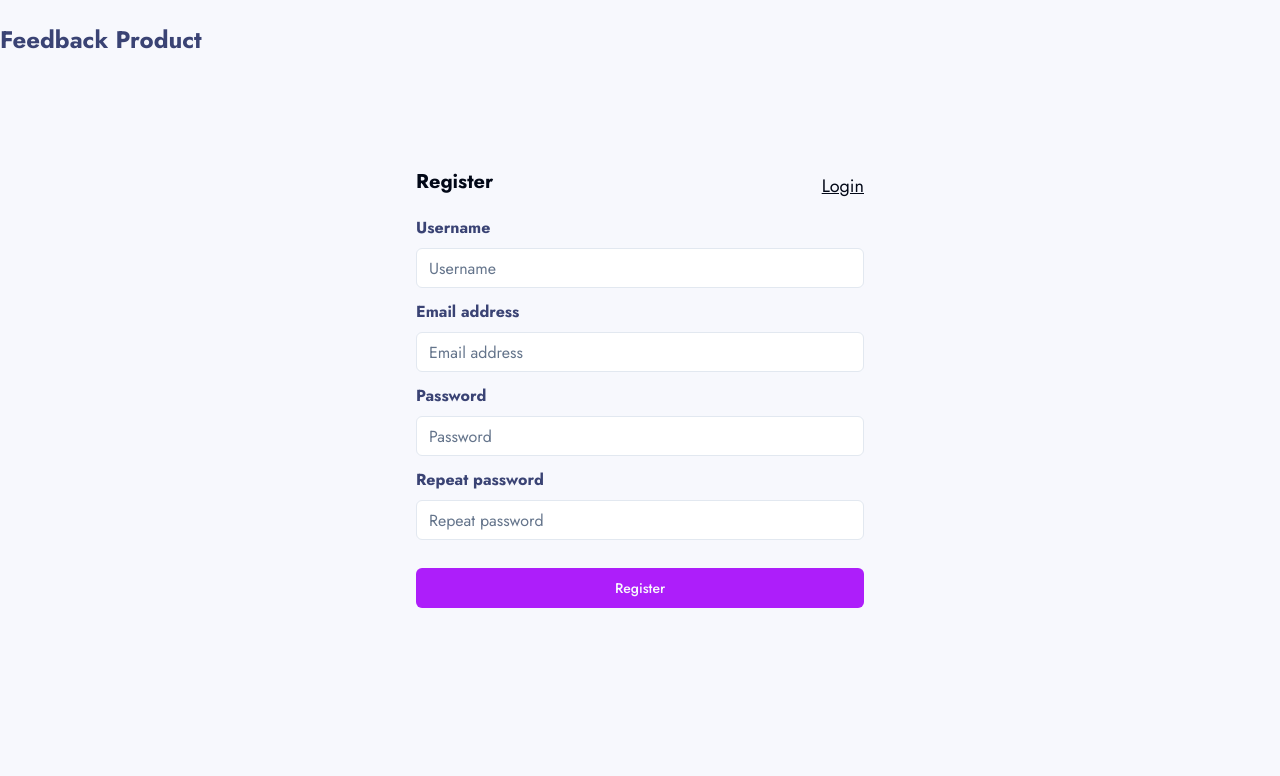
Repository: KornelJanczak/product-feedback-app
Page: /auth
The author's editor kept a copy of each file at every save. The page is drawn from the files as they stood at one save, then again after a run of saves.
The browser window is 1280 px wide. The pictures show the whole page.
The page's requests for data from a server got no answer. The project was rebuilt for these pictures with package versions that can differ from the ones it lists, and the page was loaded fresh each time. The framework's server and built-in components were replaced by stand-ins that run in the browser. No one was signed in, and anything a server would have sent is missing. Also part of the build but not shown: next.config.js, next.config.mjs.

Above is the page before, as saved 2024-01-28 19:53:53.

### app/layout.tsx
import type { Metadata } from "next";
import { Jost } from "next/font/google";
import { Toaster } from "sonner";
import "./globals.css";
import { authOptions } from "@/app/api/auth/[...nextauth]/options";
import { getServerSession } from "next-auth";
import AuthProvider from "@/providers/session-provider";

export const jost = Jost({
  subsets: ["latin"],
});

export const metadata: Metadata = {
  title: "Product Feedback",
  description: "Create your own section!",
};

export default async function RootLayout({
  children,
}: Readonly<{
  children: React.ReactNode;
}>) {
  const session = await getServerSession(authOptions);

  return (
    <html lang="en">
      <body
        className={`${jost.className} bg-darkWhite`}
        suppressHydrationWarning={true}
      >
        <AuthProvider session={session}>
          <Toaster position="top-center" />
          {children}
        </AuthProvider>
      </body>
    </html>
  );
}

### app/(auth)/layout.tsx
import { ReactNode } from "react";

export default function Layout({ children }: { children: ReactNode }) {
  return (
    <>
      <header className="md:container text-2xl font-bold text-secondDark pt-6">
        <h2>Feedback Product</h2>
      </header>
      {children}
    </>
  );
}

### app/(auth)/auth/page.tsx
import FormAuth from "../_components/register-form";

export default function RegisterPage() {
  return <FormAuth />;
}

### app/globals.css
@tailwind base;
@tailwind components;
@tailwind utilities;

* {
  margin: 0;
  padding: 0;
}

@layer base {
  :root {
    --background: 0 0% 100%;
    --foreground: 222.2 84% 4.9%;

    --card: 0 0% 100%;
    --card-foreground: 222.2 84% 4.9%;

    --popover: 0 0% 100%;
    --popover-foreground: 222.2 84% 4.9%;

    --primary: 222.2 47.4% 11.2%;
    --primary-foreground: 210 40% 98%;

    --secondary: 210 40% 96.1%;
    --secondary-foreground: 222.2 47.4% 11.2%;

    --muted: 210 40% 96.1%;
    --muted-foreground: 215.4 16.3% 46.9%;

    --accent: 210 40% 96.1%;
    --accent-foreground: 222.2 47.4% 11.2%;

    --destructive: 0 84.2% 60.2%;
    --destructive-foreground: 210 40% 98%;

    --border: 214.3 31.8% 91.4%;
    --input: 214.3 31.8% 91.4%;
    --ring: 222.2 84% 4.9%;

    --radius: 0.5rem;
  }

  .dark {
    --background: 222.2 84% 4.9%;
    --foreground: 210 40% 98%;

    --card: 222.2 84% 4.9%;
    --card-foreground: 210 40% 98%;

    --popover: 222.2 84% 4.9%;
    --popover-foreground: 210 40% 98%;

    --primary: 210 40% 98%;
    --primary-foreground: 222.2 47.4% 11.2%;

    --secondary: 217.2 32.6% 17.5%;
    --secondary-foreground: 210 40% 98%;

    --muted: 217.2 32.6% 17.5%;
    --muted-foreground: 215 20.2% 65.1%;

    --accent: 217.2 32.6% 17.5%;
    --accent-foreground: 210 40% 98%;

    --destructive: 0 62.8% 30.6%;
    --destructive-foreground: 210 40% 98%;

    --border: 217.2 32.6% 17.5%;
    --input: 217.2 32.6% 17.5%;
    --ring: 212.7 26.8% 83.9%;
  }
}

@layer base {
  * {
    @apply border-border;
  }
  body {
    @apply bg-background text-foreground;
  }
}

### app/api/auth/[...nextauth]/options.ts
import NextAuth, { NextAuthOptions } from "next-auth";
import GithubProvider from "next-auth/providers/github";
import CredentialsProvider from "next-auth/providers/credentials";
import { PrismaAdapter } from "@next-auth/prisma-adapter";
import bcryptjs from "bcryptjs";
import prisma from "@/lib/db";

export const authOptions: NextAuthOptions = {
  adapter: PrismaAdapter(prisma),
  session: {
    strategy: "jwt",
  },
  secret: process.env.NEXTAUTH_SECRET,
  pages: {
    signIn: "/login",
  },
  providers: [
    GithubProvider({
      clientId: process.env.GITHUB_ID as string,
      clientSecret: process.env.GITHUB_SECRET as string,
    }),
    CredentialsProvider({
      name: "credentials",
      credentials: {},
      async authorize(credentials) {
        try {
          const { email, password } = credentials as {
            email: string;
            password: string;
          };

          console.log(email, password);
          const user = await prisma?.user.findFirst({
            where: {
              email,
            },
          });

          if (!user) return null;

          const passwordMatch = await bcryptjs.compare(
            password,
            user.password as string
          );

          if (!passwordMatch) return null;

          return user;
        } catch {
          return null;
        }
      },
    }),
  ],
  callbacks: {
    async signIn({ user, account }) {
      if (account?.provider == "credentials") return user;

      if (account?.provider === "github") {
        try {
          const existingUser = await prisma.user.findFirst({
            where: {
              email: user.email as string,
            },
          });

          if (existingUser) return existingUser;

          const newUser = await prisma.user.create({
            data: {
              userName: user.name!,
              email: user.email!,
            },
          });

          return newUser as any;
        } catch {
          return false;
        }
      }
    },
    async jwt({ token }) {
      const dbUser = await prisma.user.findFirst({
        where: {
          email: token.email as string,
        },
      });

      if (!dbUser) return token;

      return {
        id: dbUser.id,
        email: dbUser.email,
        name: dbUser.userName,
      };
    },

    async session({ token, session }) {
      if (token) {
        return {
          ...session,
          user: {
            email: token.email,
            name: token.name,
            id: token.id,
          },
        };
      }
      return session;
    },
    async redirect({ url, baseUrl }) {
      // if (url.startsWith("/")) return `${baseUrl}`;
      // // Allows callback URLs on the same origin
      // else if (new URL(url).origin === baseUrl) return baseUrl;
      // return baseUrl;
      return "/";
    },
  },
};

export default NextAuth(authOptions);

### providers/session-provider.tsx
"use client";
import { SessionProvider } from "next-auth/react";
import { ReactNode } from "react";
export default function AuthProvider({
  children,
  session,
}: {
  children: ReactNode;
  session: any;
}) {
  return <SessionProvider session={session}>{children}</SessionProvider>;
}

### app/(auth)/_components/register-form.tsx
"use client";
import createUser from "@/server-actions/create-user";
import { registerFormSchema } from "@/models/@auth-schema";
import { zodResolver } from "@hookform/resolvers/zod";
import { useForm, SubmitHandler } from "react-hook-form";
import SubmitBtn from "./submit-btn";
import {
  Form,
  FormControl,
  FormField,
  FormItem,
  FormLabel,
  FormMessage,
} from "@/components/ui/form";
import { Input } from "@/components/ui/input";
import * as z from "zod";
import { useRouter } from "next/navigation";
import { toast } from "sonner";
import { useState } from "react";

type Inputs = z.infer<typeof registerFormSchema>;

export default function RegisterForm() {
  const router = useRouter();
  const [pending, setPending] = useState<boolean>(false);

  const form = useForm<z.infer<typeof registerFormSchema>>({
    resolver: zodResolver(registerFormSchema),
    resetOptions: {
      keepTouched: true,
    },
    defaultValues: {
      username: "",
      email: "",
      password: "",
      repeatPassword: "",
    },
  });

  const processForm: SubmitHandler<Inputs> = async (data) => {
    setPending(true);
    try {
      const user = await createUser(data);
      if (!user) toast.error("Something went wrong");
      toast.success("Your account has been registered!");
      router.push("/login");
    } catch {
      toast.error("Something went wrong");
    } finally {
      form.reset();
      setPending(false);
    }
  };

  return (
    <section className="container h-screen flex items-center justify-center pb-14 ">
      <Form {...form}>
        <form
          className="max-w-md w-full"
          onSubmit={form.handleSubmit(processForm)}
        >
          <div className="flex justify-between items-center">
            <h3 className="font-bold text-xl pb-2">Register</h3>
            <span
              className="text-lg cursor-pointer underline hover:transition duration-300"
              onClick={() => router.push("/login")}
            >
              Login
            </span>
          </div>
          <FormField
            control={form.control}
            name="username"
            render={({ field }) => (
              <FormItem className="pt-2 md:pt-3">
                <FormLabel className="md:text-base">Username</FormLabel>
                <FormControl>
                  <Input
                    placeholder="Username"
                    {...field}
                    className="md:text-base"
                    type="text"
                    required
                  />
                </FormControl>
                <FormMessage className="md:text-base" />
              </FormItem>
            )}
          />
          <FormField
            control={form.control}
            name="email"
            render={({ field }) => (
              <FormItem className="pt-2 md:pt-3">
                <FormLabel className="md:text-base">Email address</FormLabel>
                <FormControl>
                  <Input
                    placeholder="Email address"
                    {...field}
                    className="md:text-base"
                    type="email"
                    required
                  />
                </FormControl>
                <FormMessage className="md:text-base" />
              </FormItem>
            )}
          />
          <FormField
            control={form.control}
            name="password"
            render={({ field }) => (
              <FormItem className="pt-2 md:pt-3">
                <FormLabel className="md:text-base">Password</FormLabel>
                <FormControl>
                  <Input
                    placeholder="Password"
                    {...field}
                    className="md:text-base"
                    type="password"
                    required
                  />
                </FormControl>
                <FormMessage className="md:text-base" />
              </FormItem>
            )}
          />
          <FormField
            control={form.control}
            name="repeatPassword"
            render={({ field }) => (
              <FormItem className="pt-2 md:pt-3">
                <FormLabel className="md:text-base">Repeat password</FormLabel>
                <FormControl>
                  <Input
                    placeholder="Repeat password"
                    {...field}
                    className="md:text-base"
                    type="password"
                    required
                  />
                </FormControl>
                <FormMessage className="md:text-base" />
              </FormItem>
            )}
          />
          <SubmitBtn pending={pending}>Register</SubmitBtn>
        </form>
      </Form>
    </section>
  );
}

### server-actions/create-user.ts
"use server";
import { registerFormSchema } from "@/models/@auth-schema";
import prisma from "@/lib/db";
import * as z from "zod";
import bcryptjs from "bcryptjs";

type Inputs = z.infer<typeof registerFormSchema>;
export default async function createUser(values: Inputs) {
  try {
    const validateFields = registerFormSchema.safeParse(values);

    if (!validateFields.success)
      return { error: validateFields.error.flatten().fieldErrors };

    const existingUser = await prisma.user.findFirst({
      where: {
        email: values.email,
      },
    });

    if (existingUser) throw new Error("User already existing!");

    const hashPass = await bcryptjs.hash(values.password, 10);

    const user = await prisma.user.create({
      data: {
        userName: values.username,
        email: values.email,
        password: hashPass,
      },
    });
    return user;
  } catch (err) {
    throw new Error("Failed to create account!");
  }
}

### models/@auth-schema.ts
import * as z from "zod";

const validation = {
  email: z.string().email({ message: "Email must contain @ symbol." }),
  password: z
    .string()
    .min(5, { message: "Password must contain at lesat 5 symbol" })
    .regex(/[A-Z]/, {
      message: "Password must contain at least one uppercase letter.",
    })
    .regex(/[a-z]/, {
      message: "Password must contain at least one lowercase letter.",
    })
    .regex(/[0-9]/, { message: "Password must contain at least one digit." })
    .regex(/[@#$%^&+=!]/, {
      message: "Password must contain at least one special character.",
    }),
};

export const registerFormSchema = z
  .object({
    username: z.string().min(2, {
      message: "Username must be at least 2 characters.",
    }),
    ...validation,
    repeatPassword: z.string(),
  })
  .refine((data) => data.password === data.repeatPassword, {
    message: "Passwords do not match.",
  });

export const loginFormSchema = z.object({ ...validation });

### app/(auth)/_components/submit-btn.tsx
"use client";
import React from "react";
import ClipLoader from "react-spinners/ClipLoader";
import { Button } from "@/components/ui/button";
import { ReactNode } from "react";

interface SubmitBtnProps {
  className?: string;
  pending?: boolean;
  children: ReactNode;
}

const SubmitBtn: React.FC<SubmitBtnProps> = React.memo(
  ({ className, children, pending }) => {
    return (
      <Button
        className={`mt-5 w-full bg-pink hover:opacity-70 hover:bg-pink hover:transition duration-300 lg:mt-7 ${className}`}
        type="submit"
        aria-disabled={pending}
      >
        {pending ? <ClipLoader size={24} color="#3A4374" /> : children}
      </Button>
    );
  }
);

SubmitBtn.displayName = "SubmitBtn";

export default SubmitBtn;

### components/ui/form.tsx
import * as React from "react"
import * as LabelPrimitive from "@radix-ui/react-label"
import { Slot } from "@radix-ui/react-slot"
import {
  Controller,
  ControllerProps,
  FieldPath,
  FieldValues,
  FormProvider,
  useFormContext,
} from "react-hook-form"

import { cn } from "@/lib/utils"
import { Label } from "@/components/ui/label"

const Form = FormProvider

type FormFieldContextValue<
  TFieldValues extends FieldValues = FieldValues,
  TName extends FieldPath<TFieldValues> = FieldPath<TFieldValues>
> = {
  name: TName
}

const FormFieldContext = React.createContext<FormFieldContextValue>(
  {} as FormFieldContextValue
)

const FormField = <
  TFieldValues extends FieldValues = FieldValues,
  TName extends FieldPath<TFieldValues> = FieldPath<TFieldValues>
>({
  ...props
}: ControllerProps<TFieldValues, TName>) => {
  return (
    <FormFieldContext.Provider value={{ name: props.name }}>
      <Controller {...props} />
    </FormFieldContext.Provider>
  )
}

const useFormField = () => {
  const fieldContext = React.useContext(FormFieldContext)
  const itemContext = React.useContext(FormItemContext)
  const { getFieldState, formState } = useFormContext()

  const fieldState = getFieldState(fieldContext.name, formState)

  if (!fieldContext) {
    throw new Error("useFormField should be used within <FormField>")
  }

  const { id } = itemContext

  return {
    id,
    name: fieldContext.name,
    formItemId: `${id}-form-item`,
    formDescriptionId: `${id}-form-item-description`,
    formMessageId: `${id}-form-item-message`,
    ...fieldState,
  }
}

type FormItemContextValue = {
  id: string
}

const FormItemContext = React.createContext<FormItemContextValue>(
  {} as FormItemContextValue
)

const FormItem = React.forwardRef<
  HTMLDivElement,
  React.HTMLAttributes<HTMLDivElement>
>(({ className, ...props }, ref) => {
  const id = React.useId()

  return (
    <FormItemContext.Provider value={{ id }}>
      <div ref={ref} className={cn("space-y-2", className)} {...props} />
    </FormItemContext.Provider>
  )
})
FormItem.displayName = "FormItem"

const FormLabel = React.forwardRef<
  React.ElementRef<typeof LabelPrimitive.Root>,
  React.ComponentPropsWithoutRef<typeof LabelPrimitive.Root>
>(({ className, ...props }, ref) => {
  const { error, formItemId } = useFormField()

  return (
    <Label
      ref={ref}
      className={cn(error && "text-destructive", className)}
      htmlFor={formItemId}
      {...props}
    />
  )
})
FormLabel.displayName = "FormLabel"

const FormControl = React.forwardRef<
  React.ElementRef<typeof Slot>,
  React.ComponentPropsWithoutRef<typeof Slot>
>(({ ...props }, ref) => {
  const { error, formItemId, formDescriptionId, formMessageId } = useFormField()

  return (
    <Slot
      ref={ref}
      id={formItemId}
      aria-describedby={
        !error
          ? `${formDescriptionId}`
          : `${formDescriptionId} ${formMessageId}`
      }
      aria-invalid={!!error}
      {...props}
    />
  )
})
FormControl.displayName = "FormControl"

const FormDescription = React.forwardRef<
  HTMLParagraphElement,
  React.HTMLAttributes<HTMLParagraphElement>
>(({ className, ...props }, ref) => {
  const { formDescriptionId } = useFormField()

  return (
    <p
      ref={ref}
      id={formDescriptionId}
      className={cn("text-sm text-muted-foreground", className)}
      {...props}
    />
  )
})
FormDescription.displayName = "FormDescription"

const FormMessage = React.forwardRef<
  HTMLParagraphElement,
  React.HTMLAttributes<HTMLParagraphElement>
>(({ className, children, ...props }, ref) => {
  const { error, formMessageId } = useFormField()
  const body = error ? String(error?.message) : children

  if (!body) {
    return null
  }

  return (
    <p
      ref={ref}
      id={formMessageId}
      className={cn("text-sm font-medium text-destructive", className)}
      {...props}
    >
      {body}
    </p>
  )
})
FormMessage.displayName = "FormMessage"

export {
  useFormField,
  Form,
  FormItem,
  FormLabel,
  FormControl,
  FormDescription,
  FormMessage,
  FormField,
}

### components/ui/input.tsx
import * as React from "react";

import { cn } from "@/lib/utils";

export interface InputProps
  extends React.InputHTMLAttributes<HTMLInputElement> {}

const Input = React.forwardRef<HTMLInputElement, InputProps>(
  ({ className, type, ...props }, ref) => {
    return (
      <input
        type={type}
        className={cn(
          "hover:border-blue focus:border-transparent text-grey flex h-10 w-full rounded-md border border-input bg-background px-3 py-2 text-sm ring-offset-background file:border-0 file:bg-transparent file:text-sm file:font-medium placeholder:text-muted-foreground focus-visible:outline-none focus-visible:ring-2 focus-visible:ring-ring focus-visible:ring-offset-2 disabled:cursor-not-allowed disabled:opacity-50",
          className
        )}
        ref={ref}
        {...props}
      />
    );
  }
);
Input.displayName = "Input";

export { Input };

### components/ui/button.tsx
import * as React from "react";
import { Slot } from "@radix-ui/react-slot";
import { cva, type VariantProps } from "class-variance-authority";

import { cn } from "@/lib/utils";

const buttonVariants = cva(
  "inline-flex items-center justify-center whitespace-nowrap rounded-md text-sm font-medium ring-offset-background transition-colors focus-visible:outline-none focus-visible:ring-2 focus-visible:ring-ring focus-visible:ring-offset-2 disabled:pointer-events-none disabled:opacity-50",
  {
    variants: {
      variant: {
        default: "bg-primary text-primary-foreground hover:bg-primary/90",
        destructive:
          "bg-destructive text-destructive-foreground hover:bg-destructive/90",
        outline:
          "border border-input bg-background hover:bg-accent hover:text-accent-foreground",
        secondary:
          "bg-secondary text-secondary-foreground hover:bg-secondary/80",
        ghost: "hover:bg-accent hover:text-accent-foreground",
        link: "text-primary underline-offset-4 hover:underline",
      },
      size: {
        default: "h-10 px-4 py-2",
        sm: "h-9 rounded-md px-3",
        lg: "h-11 rounded-md px-8",
        icon: "h-10 w-10",
      },
    },
    defaultVariants: {
      variant: "default",
      size: "default",
    },
  }
);

export interface ButtonProps
  extends React.ButtonHTMLAttributes<HTMLButtonElement>,
    VariantProps<typeof buttonVariants> {
  asChild?: boolean;
}

const Button = React.forwardRef<HTMLButtonElement, ButtonProps>(
  ({ className, variant, size, asChild = false, ...props }, ref) => {
    const Comp = asChild ? Slot : "button";
    return (
      <Comp
        className={cn(buttonVariants({ variant, size, className }))}
        ref={ref}
        {...props}
      />
    );
  }
);
Button.displayName = "Button";

export { Button, buttonVariants };

### components/ui/label.tsx
"use client"

import * as React from "react"
import * as LabelPrimitive from "@radix-ui/react-label"
import { cva, type VariantProps } from "class-variance-authority"

import { cn } from "@/lib/utils"

const labelVariants = cva(
  "text-sm font-medium leading-none peer-disabled:cursor-not-allowed peer-disabled:opacity-70"
)

const Label = React.forwardRef<
  React.ElementRef<typeof LabelPrimitive.Root>,
  React.ComponentPropsWithoutRef<typeof LabelPrimitive.Root> &
    VariantProps<typeof labelVariants>
>(({ className, ...props }, ref) => (
  <LabelPrimitive.Root
    ref={ref}
    className={cn(labelVariants(), className, "text-secondDark font-bold")}
    {...props}
  />
))
Label.displayName = LabelPrimitive.Root.displayName

export { Label }

### tailwind.config.ts
import type { Config } from "tailwindcss";

const config = {
  darkMode: ["class"],
  content: [
    "./pages/**/*.{ts,tsx}",
    "./components/**/*.{ts,tsx}",
    "./app/**/*.{ts,tsx}",
    "./src/**/*.{ts,tsx}",
  ],
  prefix: "",
  theme: {
    container: {
      center: true,
      padding: {
        // DEFAULT: "1rem",
        sm: "1rem",
        md: "2rem",
        lg: "4rem",
        xl: "5rem",
        "2xl": "6rem",
      },
      screens: {
        default: "1400px",
        "2xl": "1400px",
      },
    },
    extend: {
      // fontFamily: {
      //   jost: ["var(--jost)"],
      //   ...fontFamily.jost,
      // },
      colors: {
        border: "hsl(var(--border))",
        input: "hsl(var(--input))",
        ring: "hsl(var(--ring))",
        background: "hsl(var(--background))",
        foreground: "hsl(var(--foreground))",
        primary: {
          DEFAULT: "hsl(var(--primary))",
          foreground: "hsl(var(--primary-foreground))",
        },
        secondary: {
          DEFAULT: "hsl(var(--secondary))",
          foreground: "hsl(var(--secondary-foreground))",
        },
        destructive: {
          DEFAULT: "hsl(var(--destructive))",
          foreground: "hsl(var(--destructive-foreground))",
        },
        muted: {
          DEFAULT: "hsl(var(--muted))",
          foreground: "hsl(var(--muted-foreground))",
        },
        accent: {
          DEFAULT: "hsl(var(--accent))",
          foreground: "hsl(var(--accent-foreground))",
        },
        popover: {
          DEFAULT: "hsl(var(--popover))",
          foreground: "hsl(var(--popover-foreground))",
        },
        card: {
          DEFAULT: "hsl(var(--card))",
          foreground: "hsl(var(--card-foreground))",
        },
        pink: "#AD1EFA",
        blue: "#4661E6",
        lighterBlue: "#62BCFA",
        dark: "rgb(55, 63, 104)",
        secondDark: "#3A4374",
        grey: "#647196",
        orange: "#F49F85",
        basicWhite: "#ffffff",
        middleWhite: "#F2F4FF",
        darkWhite: "#F7F8FD",
      },
      borderRadius: {
        lg: "var(--radius)",
        md: "calc(var(--radius) - 2px)",
        sm: "calc(var(--radius) - 4px)",
      },
      keyframes: {
        "accordion-down": {
          from: { height: "0" },
          to: { height: "var(--radix-accordion-content-height)" },
        },
        "accordion-up": {
          from: { height: "var(--radix-accordion-content-height)" },
          to: { height: "0" },
        },
      },
      animation: {
        "accordion-down": "accordion-down 0.2s ease-out",
        "accordion-up": "accordion-up 0.2s ease-out",
      },
    },
  },
  plugins: [require("tailwindcss-animate")],
} satisfies Config;

export default config;

Loaded but not shown: lib/db.ts (common file); lib/utils.ts (common file)

After the next 2 saves:
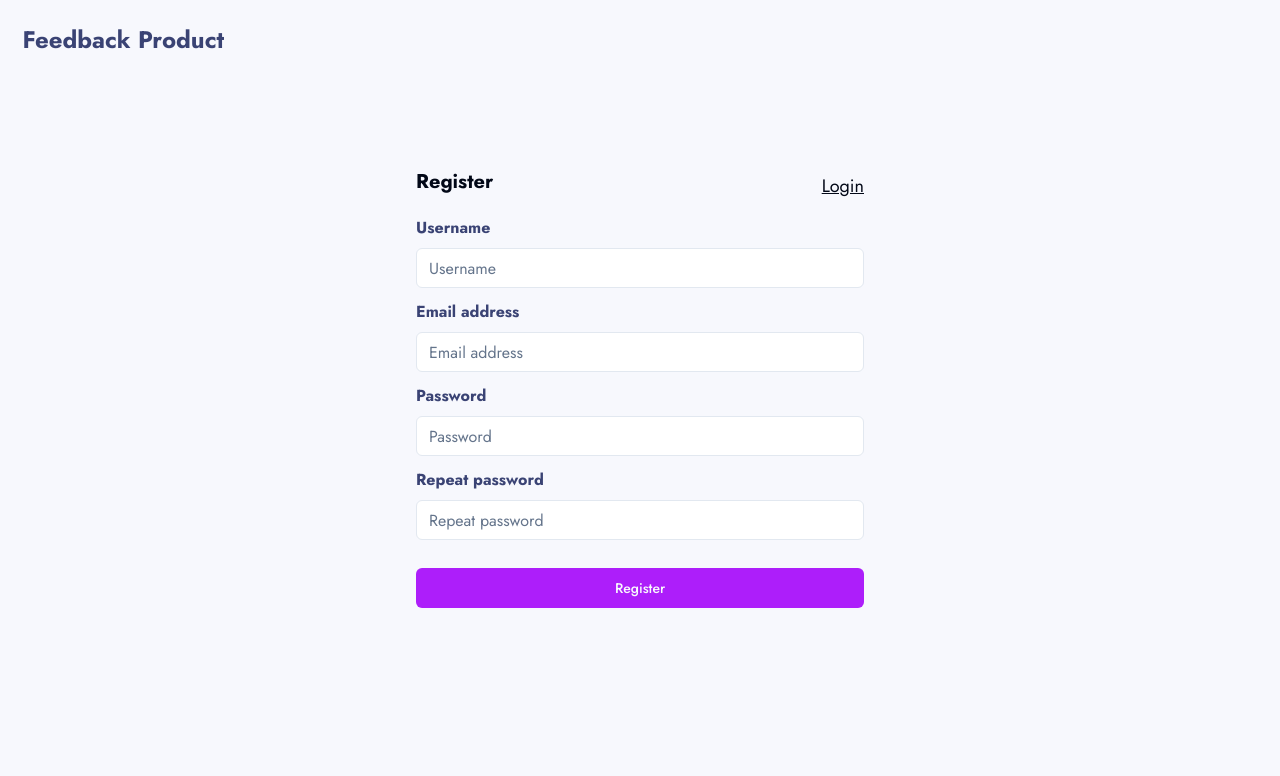
The 2 saves are shown as one change because they came seconds apart.
The last was saved 22 s later.
--- a/tailwind.config.ts
+++ b/tailwind.config.ts
@@ -13,7 +13,7 @@ const config = {
     container: {
       center: true,
       padding: {
-        // DEFAULT: "1rem",
+        DEFAULT: "1.4rem",
         sm: "1rem",
         md: "2rem",
         lg: "4rem",
